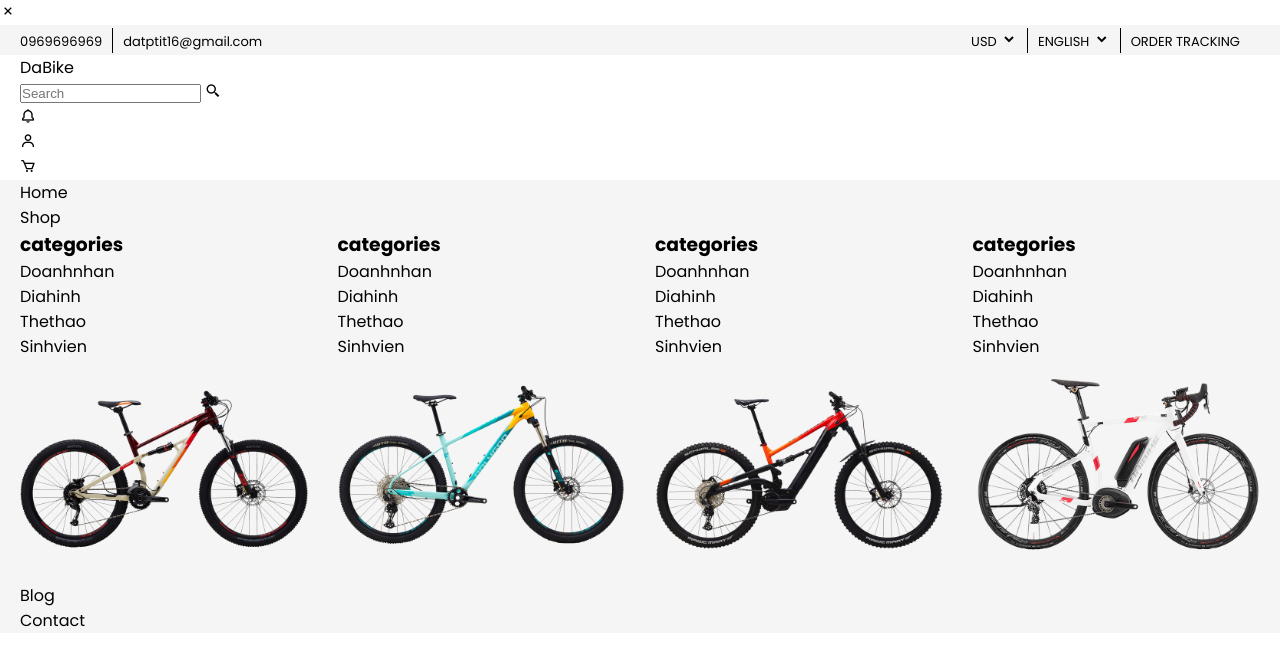
Repository: Datt21/DacMaxx
Page: index.html
An editor plug-in stored every save of this project. The page is shown before and after the next save, followed by the edit.
The browser window is 1280 px wide. The pictures show the whole page.

Above is the page before, as saved 2021-07-05 00:57:00.

### index.html
<!DOCTYPE html>
<html lang="en">
<head>
    <meta charset="UTF-8">
    <meta http-equiv="X-UA-Compatible" content="IE=edge">
    <meta name="viewport" content="width=device-width, initial-scale=1.0">
    <title>DaBike</title>
    <!--======== FONTS =========-->
    <link rel="preconnect" href="https://fonts.gstatic.com">
    <link rel="stylesheet" href="https://fonts.googleapis.com/css2?family=Poppins:ital,wght@0,100;0,200;0,300;0,400;0,500;0,600;0,700;0,800;0,900;1,100;1,200;1,300;1,400;1,500;1,600;1,700;1,900&display=swap">

    <!--========= ICONS =========-->
    <link rel="stylesheet" href="./boxicons-2.0.7/css/boxicons.min.css">
    <link href='https://unpkg.com/boxicons@2.0.7/css/boxicons.min.css' rel='stylesheet'>

    <!--========= LINK CSS =========-->
    <link rel="stylesheet" href="./css/grid.css">
    <link rel="stylesheet" href="./css/app.css">
</head>
<body>

    <!--========= HEADER ===========-->
    <header>
        <!-- mobile menu -->
        <div class="mobile-menu bg-second">
            <a href="#" class="mb-logo">DaBike</a>

            <span class="mb-menu-toggle mb-menu-close" id="mb-menu-close">
                <i class='bx bx-menu'></i>
            </span>
        </div>
        <!-- end mobile menu -->
        <!-- main header -->
        <div class="header-wrapper" id="header-wrapper">
            <span class="mb-menu-toggle" id="mb-menu-toggle">
                <i class='bx bx-x'></i>
            </span>
            <!-- top header -->
            <div class="bg-second">
                <div class="top-header container">
                    <ul class="devided">
                        <li>
                            <a href="#">0969696969</a>
                        </li>
                        <li>
                            <a href="#">datptit16@gmail.com</a>
                        </li>
                    </ul>
                    <ul class="devided">
                        <li class="dropdown">
                            <a href="">USD</a>
                            <i class='bx bxs-chevron-down' ></i>
                            <ul class="dropdown-content">
                                <li><a href="">VND</a></li>
                                <li><a href="">JPY</a></li>
                                <li><a href="">EUR</a></li>
                            </ul>
                        </li>
                        <li class="dropdown">
                            <a href="">ENGLISH</a>
                            <i class='bx bxs-chevron-down' ></i>
                            <ul class="dropdown-content">
                                <li><a href="">VIETNAMESE</a></li>
                                <li><a href="">JAPANESE</a></li>
                                <li><a href="">FRENCH</a></li>
                                <li><a href="">SPANISH</a></li>
                            </ul>
                        </li>
                        <li><a href="#">ORDER TRACKING</a></li>
                    </ul>
                </div>
            </div>
            <!-- end top header -->
            <!-- mid header -->
            <div class="bg-main">
                <div class="mid-header container">
                    <a href="#" class="logo">DaBike</a>
                    <div class="search">
                        <input type="text" placeholder="Search">
                        <i class='bx bx-search-alt-2' ></i>
                    </div>
                    <ul class="user-menu">
                        <li><a href=""><i class='bx bx-bell' ></i> </a></li>
                        <li><a href=""><i class='bx bx-user' ></i> </a></li>
                        <li><a href=""><i class='bx bx-cart' ></i> </a></li>
                    </ul>
                </div>
            </div>
            <!-- end mid header -->
            <!-- bottom header -->
            <div class="bg-second">
                <div class="bottom-header container">
                    <ul class="main-menu">
                        <li><a href="">Home</a></li>
                        <!-- mega menu -->
                        <li class="mega-dropsown">
                            <a href="">Shop</a>
                            <div class="mega-content">
                                <div class="row">
                                    <div class="col-3">
                                        <div class="box">
                                            <h3>categories</h3>
                                            <ul>
                                                <li><a href="">Doanhnhan</a></li>
                                                <li><a href="">Diahinh</a></li>
                                                <li><a href="">Thethao</a></li>
                                                <li><a href="">Sinhvien</a></li>
                                            </ul>
                                        </div>
                                    </div>
                                    <div class="col-3">
                                        <div class="box">
                                            <h3>categories</h3>
                                            <ul>
                                                <li><a href="">Doanhnhan</a></li>
                                                <li><a href="">Diahinh</a></li>
                                                <li><a href="">Thethao</a></li>
                                                <li><a href="">Sinhvien</a></li>
                                            </ul>
                                        </div>
                                    </div>
                                    <div class="col-3">
                                        <div class="box">
                                            <h3>categories</h3>
                                            <ul>
                                                <li><a href="">Doanhnhan</a></li>
                                                <li><a href="">Diahinh</a></li>
                                                <li><a href="">Thethao</a></li>
                                                <li><a href="">Sinhvien</a></li>
                                            </ul>
                                        </div>
                                    </div>
                                    <div class="col-3">
                                        <div class="box">
                                            <h3>categories</h3>
                                            <ul>
                                                <li><a href="">Doanhnhan</a></li>
                                                <li><a href="">Diahinh</a></li>
                                                <li><a href="">Thethao</a></li>
                                                <li><a href="">Sinhvien</a></li>
                                            </ul>
                                        </div>
                                    </div>
                                </div>
                                <div class="row img-row">
                                    <div class="col-3">
                                        <div class="box">
                                            <img src="./images/531352.png" alt="">
                                        </div>
                                    </div>
                                    <div class="col-3">
                                        <div class="box">
                                            <img src="./images/6489548.png" alt="">
                                        </div>
                                    </div>
                                    <div class="col-3">
                                        <div class="box">
                                            <img src="./images/MTBROMO_N7_2022.png" alt="">
                                        </div>
                                    </div>
                                    <div class="col-3">
                                        <div class="box">
                                            <img src="./images/b1.png" alt="">
                                        </div>
                                    </div>
                                </div>
                            </div>
                        </li>
                        <!-- end mega menu -->
                        <li><a href="">Blog</a></li>
                        <li><a href="">Contact</a></li>
                    </ul>
                </div>
            </div>
            <!-- end bottom header -->
        </div>
        <!-- end main header -->
    </header>
    <!--========= END HEADER ===========-->



     <!--========= JS ==============-->
    <script src="./js/app.js"></script>
    <script src="./js/index.js"></script>
</html>

### css/grid.css
.row {
    display: flex;
    flex-wrap: wrap;
    margin: 0 -15px;
}

.row-revere{
    flex-wrap: wrap-reverse;
}

[class*="col-"]{
    padding: 0 15px;
    margin-bottom: 20px;
}

.col-1 {
    width: 8.33%;
}
.col-2 {
    width: 16.66%;
}
.col-3 {
    width: 25%;
}
.col-4 {
    width: 33.33%;
}
.col-5 {
    width: 41.66%;
}
.col-6 {
    width: 50%;
}
.col-7 {
    width: 58.33%;
}
.col-8 {
    width: 66.66%;
}
.col-9 {
    width: 75%;
}
.col-10 {
    width: 83.33%;
}
.col-11 {
    width: 91.66%;
}
.col-12 {
    width: 100%;
}

/* medium screen */
@media only screen and (max-width: 1280px) {
    .col-md-1 {
        width: 8.33%;
    }
    .col-md-2 {
        width: 16.66%;
    }
    .col-md-3 {
        width: 25%;
    }
    .col-md-4 {
        width: 33.33%;
    }
    .col-md-5 {
        width: 41.66%;
    }
    .col-md-6 {
        width: 50%;
    }
    .col-md-7 {
        width: 58.33%;
    }
    .col-md-8 {
        width: 66.66%;
    }
    .col-md-9 {
        width: 75%;
    }
    .col-md-10 {
        width: 83.33%;
    }
    .col-md-11 {
        width: 91.66%;
    }
    .col-md-12 {
        width: 100%;
    }
}

@media only screen and (max-width: 750px) {
    .col-sm-1 {
        width: 8.33%;
    }
    .col-sm-2 {
        width: 16.66%;
    }
    .col-sm-3 {
        width: 25%;
    }
    .col-sm-4 {
        width: 33.33%;
    }
    .col-sm-5 {
        width: 41.66%;
    }
    .col-sm-6 {
        width: 50%;
    }
    .col-sm-7 {
        width: 58.33%;
    }
    .col-sm-8 {
        width: 66.66%;
    }
    .col-sm-9 {
        width: 75%;
    }
    .col-sm-10 {
        width: 83.33%;
    }
    .col-sm-11 {
        width: 91.66%;
    }
    .col-sm-12 {
        width: 100%;
}

### css/app.css
:root {
    --main-bg-color:#fff;
    --second-bg-color:#f5f5f5;
    --third-bg-color:#e3e3e3;
    --grey: #4b4b4b;
    --black: #000;
    --red: #c0392b;
    --top-header-size: 30px;
    --mid-header-size: 80px;
    --bottom-header-size: 45px;
    --btn-bg: #000;
    --btn-border-color: #000;
    --btn-color: #fff;

}

*{
    padding: 0;
    margin: 0;
    box-sizing: border-box;
    -webkit-tap-highlight-color: transparent;
}

body{
    font-family: "Poppins", sans-serif;
    overflow-x: hidden;
    position: relative;
    background-color: var(--main-bg-color);
}

button{
    cursor: pointer;
}

a{
    display: inline-block;
    text-decoration: none;
    color: unset;
}

li{
    list-style-type: none;
}

img{
    max-width: 100%;
}

.container{
    max-width: 1366px;
    margin: auto;
    padding: 0 20px;
    position: relative;
}

.bg-second{
    background-color: var(--second-bg-color);
}

.bg-main{
    background-color: var(--main-bg-color);
}

.text-red{
    color: var(--red);
}

.mobile-menu{
    align-items: center;
    justify-content: space-between;
    padding: 10px 30px;
    display: none;
}
.mb-menu-close{
    display: none;
}

.top-header{
    height: 30px;
    display: flex;
    justify-content: space-between;
    align-items: center;
}

.top-header ul{
    display: flex;
}

.top-header a{
    font-size: 13px;
}

ul.devided > li{
    margin-right: 10px;
    padding-right: 10px;
    border-right: 1px solid;
}

ul.devided > li:last-child{
    border-right: none;
}

/* dropdown */
.dropdown{
    position: relative;
}

.dropdown:hover .dropdown-content{
    top: 100%;
    opacity: 1;
    visibility: visible;
}

.dropdown-content{
    display: flex;
    opacity: 0;
    visibility: hidden;
    position: absolute;
    top: calc(100% + 10px);
    background-color: #fff;
    flex-direction: column;
    box-shadow: rgba(100, 100, 111, 0.2) 0px 7px 29px 0;
    transition: all .4s cubic-bezier(0.77, 0, 0.175, 1);
    z-index: 2;
}
.dropdown-content > li > a{
    padding: 10px;
}

.dropdown-content > li:hover > a {
    color: var(--red);
}
/* end dropdown */

Loaded but not shown: boxicons-2.0.7/css/boxicons.min.css (library); js/app.js (no copy from this time; the picture is the same without it); js/index.js (no copy from this time; the picture is the same without it)

After the next save:
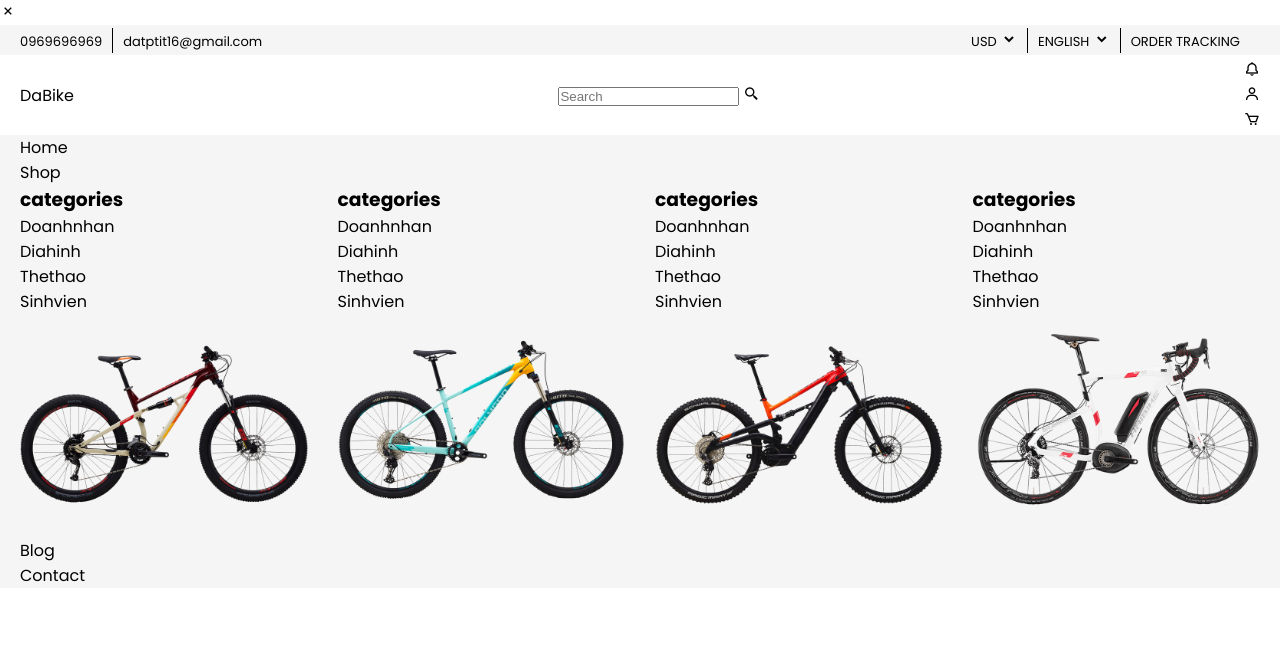
Saved 79 s later.
--- a/css/app.css
+++ b/css/app.css
@@ -131,3 +131,11 @@
     color: var(--red);
 }
 /* end dropdown */
+
+.mid-header{
+    display: flex;
+    align-items: center;
+    justify-content: space-between;
+    height: 80px;
+    background-color: var(--main-bg-color);
+}
